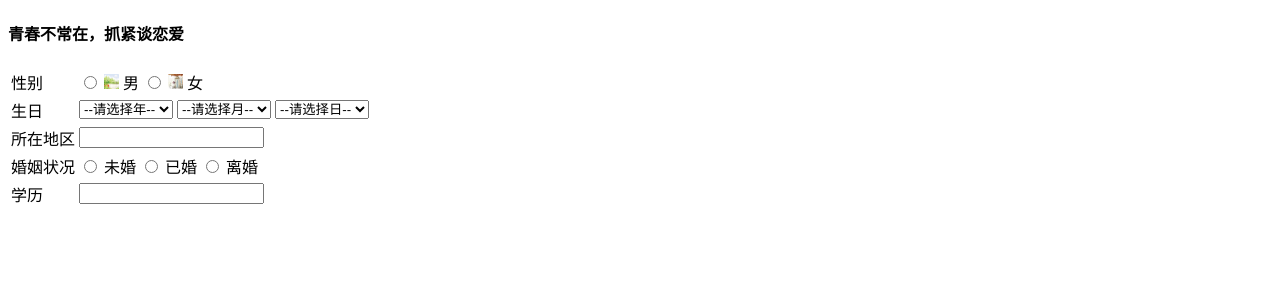
Repository: zhengdeya/web-based
Page: 10-注册页面.html
The author's editor kept a copy of each file at every save. The page is drawn from the files as they stood at one save, then again after the next save.
The browser window is 1280 px wide. The pictures show the whole page.

Above is the page before, as saved 2021-03-25 11:50:41.

### 10-注册页面.html
<!DOCTYPE html>
<html lang="en">
<head>
    <meta charset="UTF-8">
    <meta http-equiv="X-UA-Compatible" content="IE=edge">
    <meta name="viewport" content="width=device-width, initial-scale=1.0">
    <title>注册页面</title>
</head>
<body>
    <div>
        <h4>青春不常在，抓紧谈恋爱</h4>
        <table>
            <tr>
                <td>性别</td>
                <td>
                    <input type="radio" id="nan" name="sex">
                    <label for="nan">
                        <img src="imgs/4p44rcpiz4a4p44rcpiz4a.jpg" width="15px" height="15px" alt="">
                        男
                    </label>
                    <input type="radio" id="nv" name="sex">
                    <label for="nv">
                        <img src="imgs/211ebki1g1v211ebki1g1v.jpg" width="15px" height="15px" alt="">
                        女
                    </label>
                </td>
            </tr>
            <tr>
                <td>生日</td>
                <td>
                    <select name="" id="">
                        <option value="" selected>--请选择年--</option>
                        <option value="">1998</option>
                        <option value="">1999</option>
                        <option value="">2000</option>
                        <option value="">2001</option>
                        <option value="">2002</option>
                        <option value="">2003</option>
                        <option value="">2004</option>
                    </select>
                    <select name="" id="">
                        <option value="" selected>--请选择月--</option>
                        <option value="">1</option>
                        <option value="">2</option>
                        <option value="">3</option>
                        <option value="">4</option>
                        <option value="">5</option>
                        <option value="">6</option>
                        <option value="">7</option>
                        <option value="">8</option>
                        <option value="">9</option>
                        <option value="">10</option>
                        <option value="">11</option>
                        <option value="">12</option>
                    </select>
                    <select name="" id="">
                        <option value="" selected>--请选择日--</option>
                        <option value="">1</option>
                        <option value="">2</option>
                        <option value="">3</option>
                        <option value="">4</option>
                        <option value="">5</option>
                        <option value="">6</option>
                        <option value="">7</option>
                    </select>
                </td>
            </tr>
            <tr>
                <td>所在地区</td>
                <td>
                    <input type="text" width="100px">
                </td>
            </tr>
            <tr>
                <td>婚姻状况</td>
                <td>
                    <input type="radio" id="m1" name="m">
                    <label for="m1">未婚</label>
                    <input type="radio" id="m2" name="m">
                    <label for="m2">已婚</label>
                    <input type="radio" id="m3" name="m">
                    <label for="m3">离婚</label>
                </td>
            </tr>
            <tr>
                <td>学历</td>
                <td>
                    <input type="text" width="100px">
                </td>
            </tr>

        </table>
    </div>
</body>
</html>

After the next save:
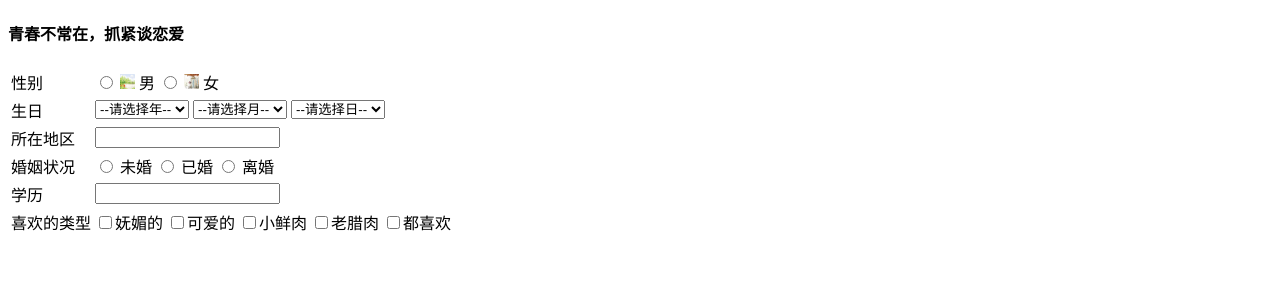
Saved 2 days later.
--- a/10-注册页面.html
+++ b/10-注册页面.html
@@ -88,6 +88,16 @@
                     <input type="text" width="100px">
                 </td>
             </tr>
+            <tr>
+                <td>喜欢的类型</td>
+                <td>
+                    <input type="checkbox" id="c1"><label for="c1">妩媚的</label>
+                    <input type="checkbox" id="c2"><label for="c2">可爱的</label>
+                    <input type="checkbox" id="c3"><label for="c3">小鲜肉</label>
+                    <input type="checkbox" id="c4"><label for="c4">老腊肉</label>
+                    <input type="checkbox" id="c5"><label for="c5">都喜欢</label>
+                </td>
+            </tr>
 
         </table>
     </div>
